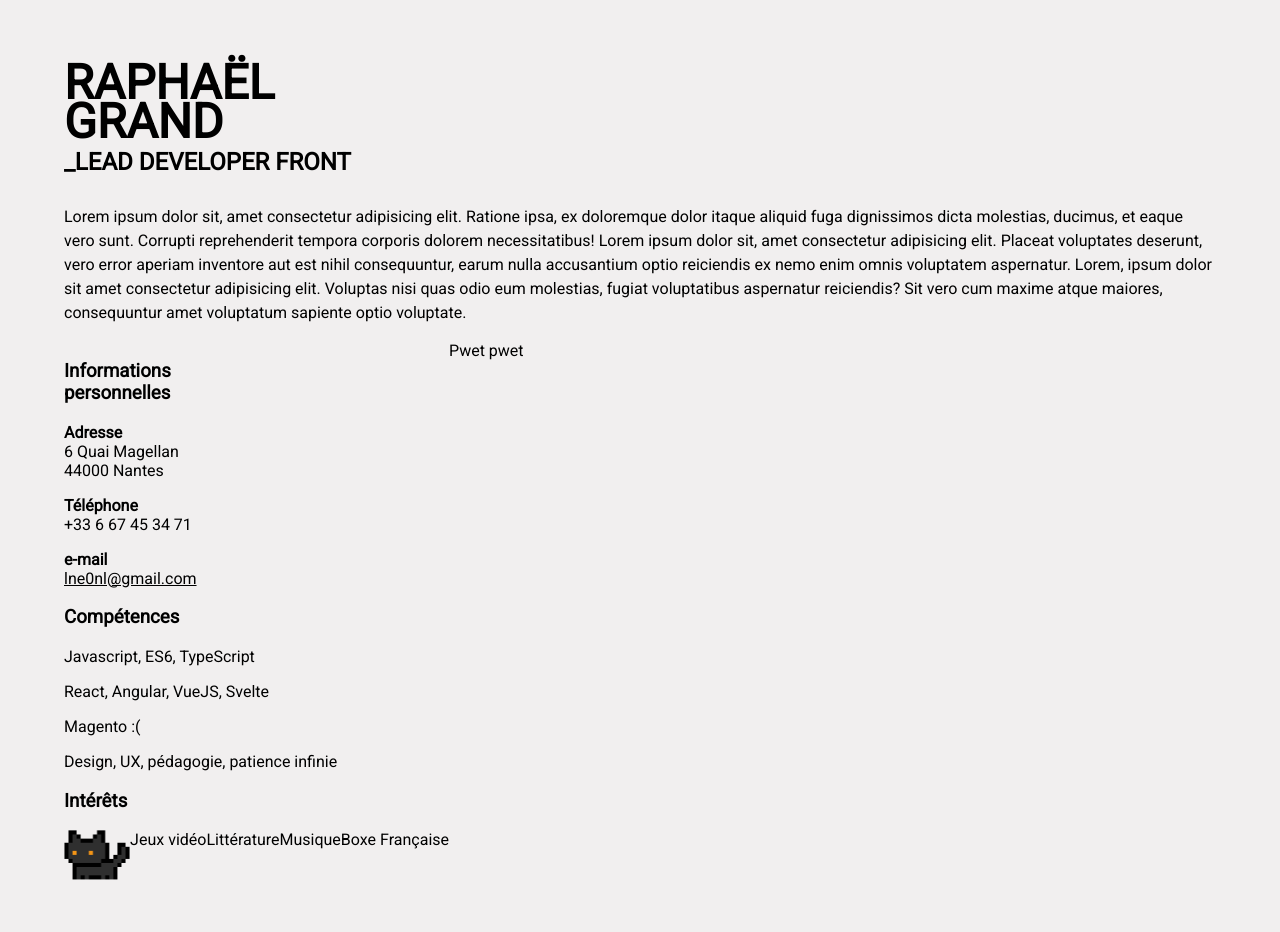
Repository: lne0nl/resume
Page: index.html
An editor plug-in stored every save of this project. The page is shown before and after a run of saves, followed by the edit.
The browser window is 1280 px wide. The pictures show the whole page.

Above is the page before, as saved 2021-12-10 10:40:04.

After the next 2 saves:
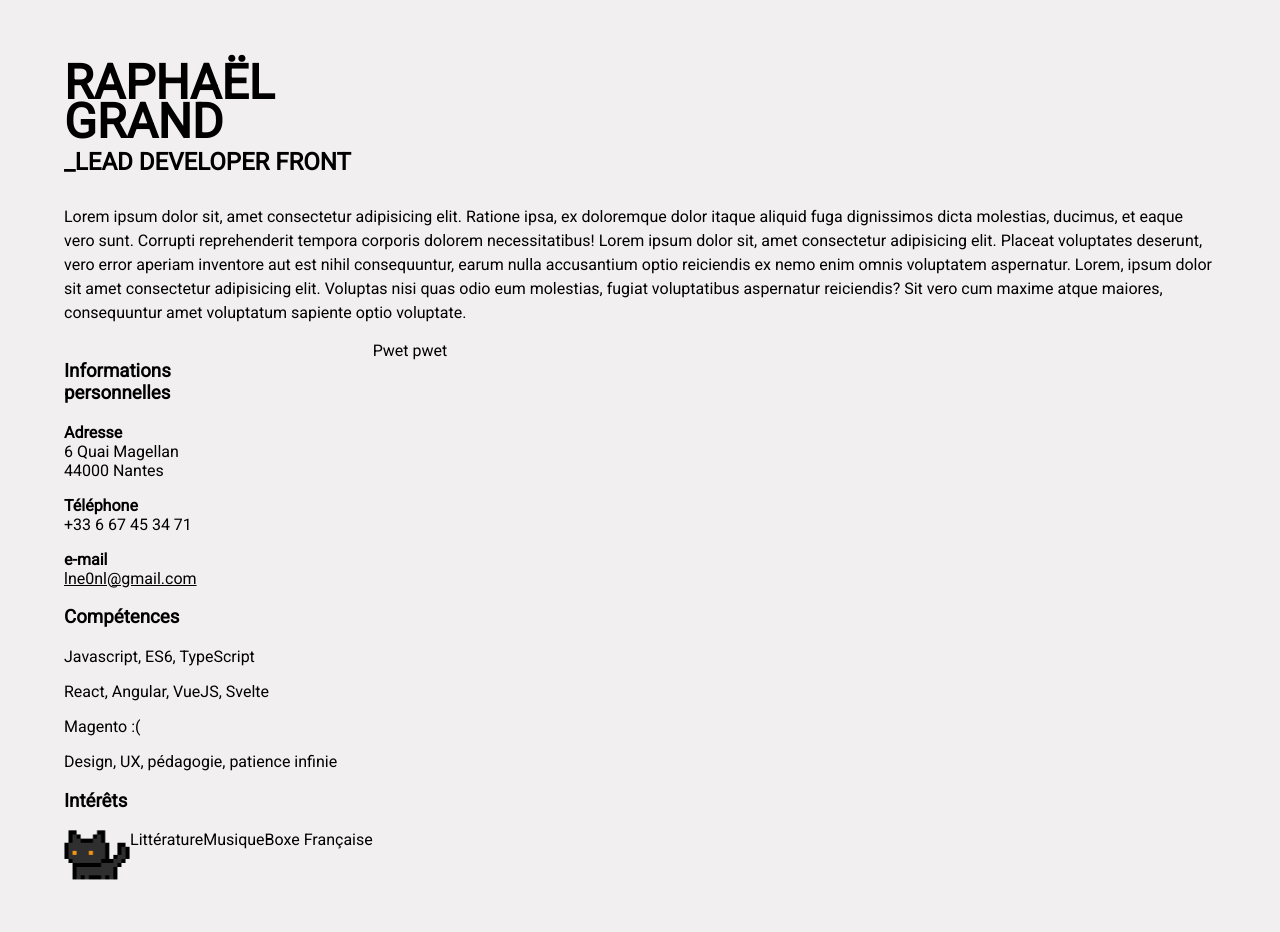
The 2 saves are shown as one change because they came seconds apart.
The last was saved 54 s later.
--- a/index.html
+++ b/index.html
@@ -63,7 +63,7 @@
           <h3>Intérêts</h3>
           <ul class="interests">
             <li title="Animaux"><img src="images/cat.png" alt="animals"></li>
-            <li title="Jeux vidéo">Jeux vidéo</li>
+            <li title="Jeux vidéo"><img src="" alt="" srcset=""></li>
             <li title="Littérature">Littérature</li>
             <li title="Musique">Musique</li>
             <li title="Boxe Française">Boxe Française</li>
